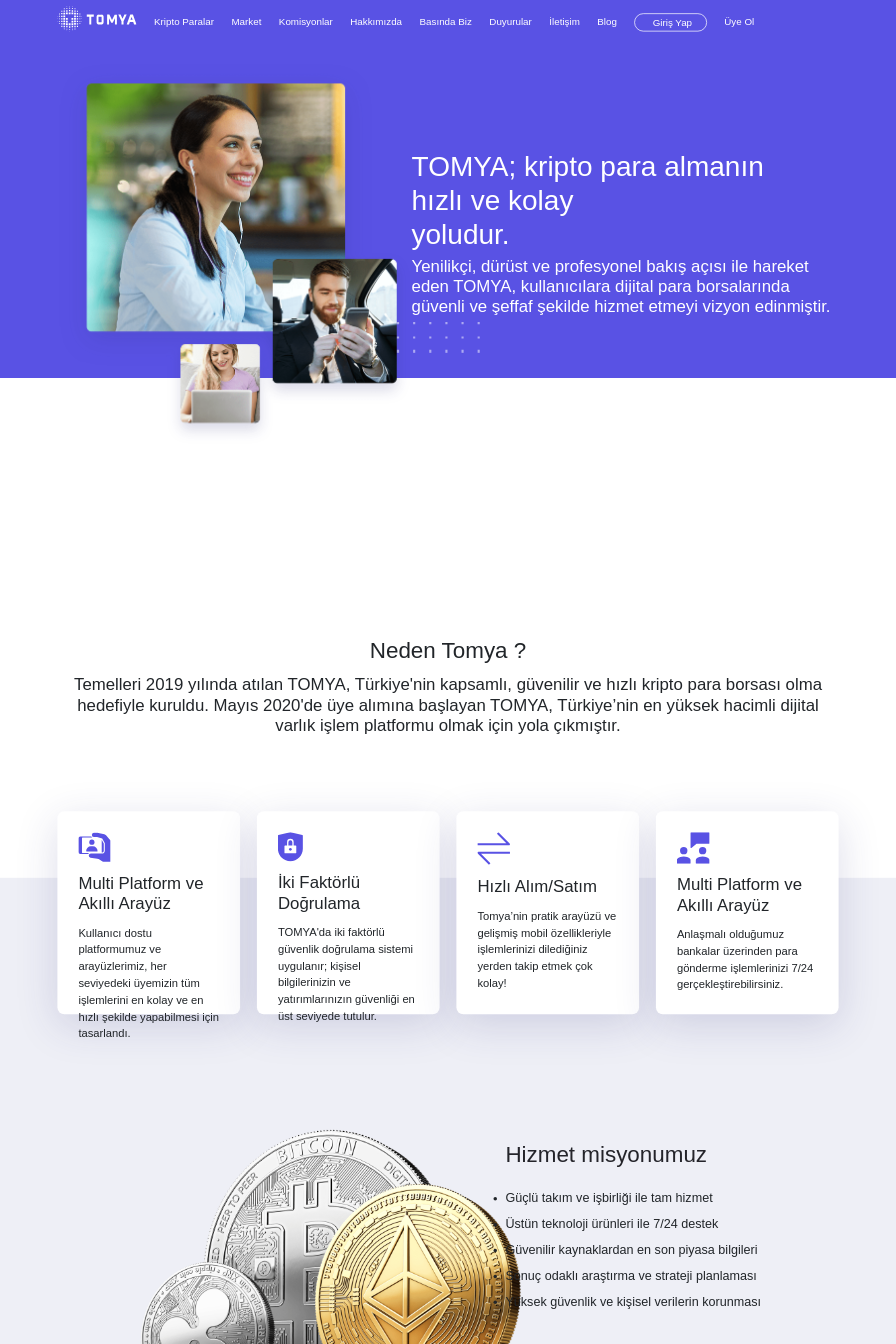
Repository: ezgibayrakli/TomyaProje
Page: index copy.html
The author's editor kept a copy of each file at every save. The page is drawn from the files as they stood at one save, then again after the next save.
The browser window is 1280 px wide. The pictures show the part of the page from y = 0 to 1920 px (the page is 5181 px tall), at 70% of full size.
Some web fonts or font styles are not loaded; a fallback is used.

Above is the page before, as saved 2023-07-06 13:27:30.

After the next save:
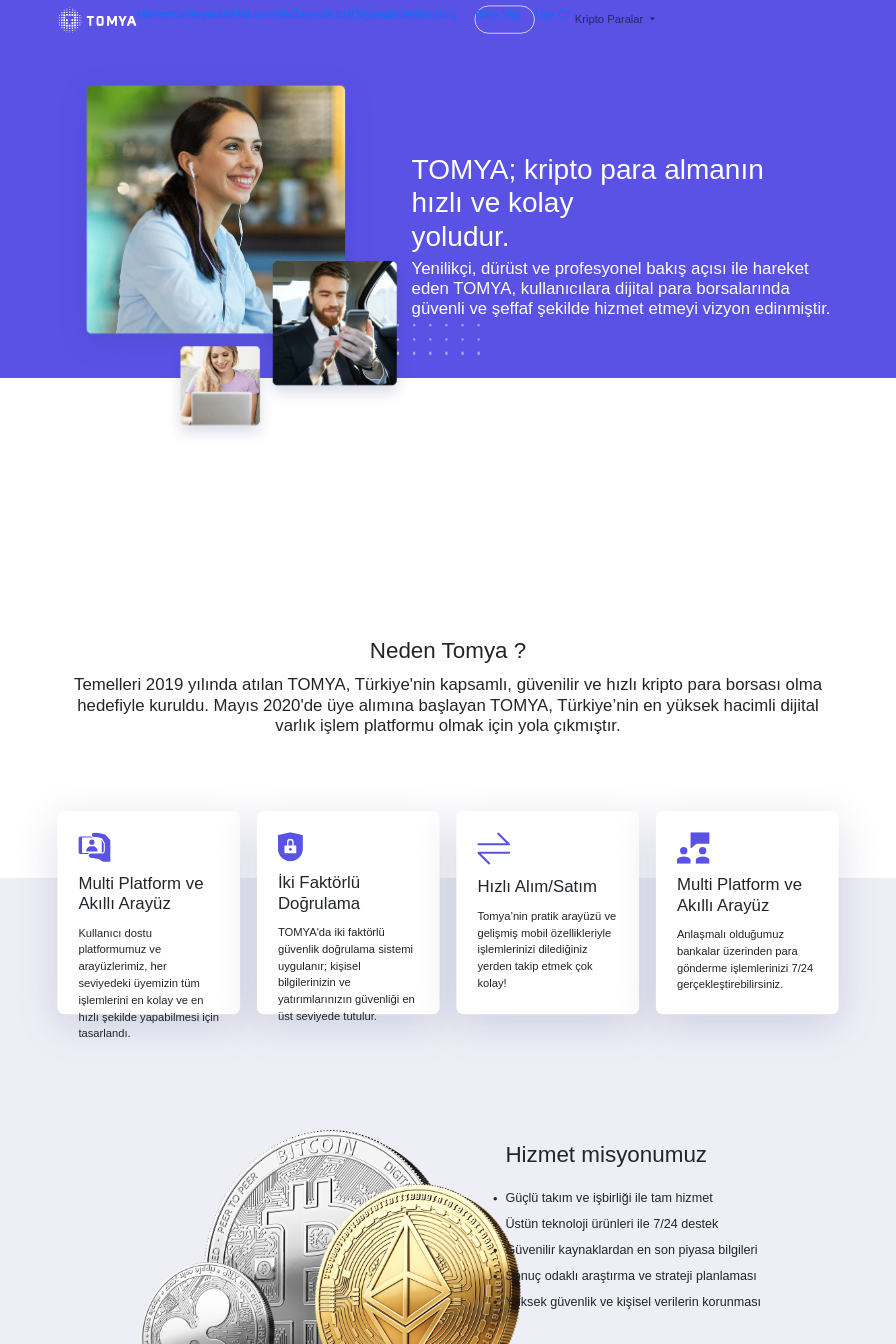
Saved 3 min 33 s later.
--- a/index copy.html
+++ b/index copy.html
@@ -21,18 +21,28 @@
                       <span class="navbar-toggler-icon"></span>
                     </button>
                     <div class="collapse navbar-collapse" id="navbarNavDropdown">
-                        <ul class="main-menu-header navbar-nav">
-                            <li><a href="#">Kripto Paralar</a></li>
-                            <li><a href="#">Market</a></li>
-                            <li><a href="#">Komisyonlar</a></li>
-                            <li><a href="#">Hakkımızda</a></li>
-                            <li><a href="#">Basında Biz</a></li>
-                            <li><a href="#">Duyurular</a></li>
-                            <li><a href="#">İletişim</a></li>
-                            <li><a href="#">Blog</a></li>
-                            <li class="enter"><a href="#">Giriş Yap</a></li>
-                            <li><a href="#">Üye Ol</a></li>
-                        </ul>
+                      <ul class="navbar-nav">
+                        <li><a href="#"></a></li>
+                        <li><a href="#">Market</a></li>
+                        <li><a href="#">Komisyonlar</a></li>
+                        <li><a href="#">Hakkımızda</a></li>
+                        <li><a href="#">Basında Biz</a></li>
+                        <li><a href="#">Duyurular</a></li>
+                        <li><a href="#">İletişim</a></li>
+                        <li><a href="#">Blog</a></li>
+                        <li class="enter"><a href="#">Giriş Yap</a></li>
+                        <li><a href="#">Üye Ol</a></li>
+                        <li class="nav-item dropdown">
+                          <a class="nav-link dropdown-toggle" href="#" id="navbarDropdownMenuLink" data-toggle="dropdown" aria-haspopup="true" aria-expanded="false">
+                            Kripto Paralar
+                          </a>
+                          <div class="dropdown-menu" aria-labelledby="navbarDropdownMenuLink">
+                            <a class="dropdown-item" href="#">Action</a>
+                            <a class="dropdown-item" href="#">Another action</a>
+                            <a class="dropdown-item" href="#">Something else here</a>
+                          </div>
+                        </li>
+                      </ul>
                     </div>
                   </nav>
                 <div class="header-text">
